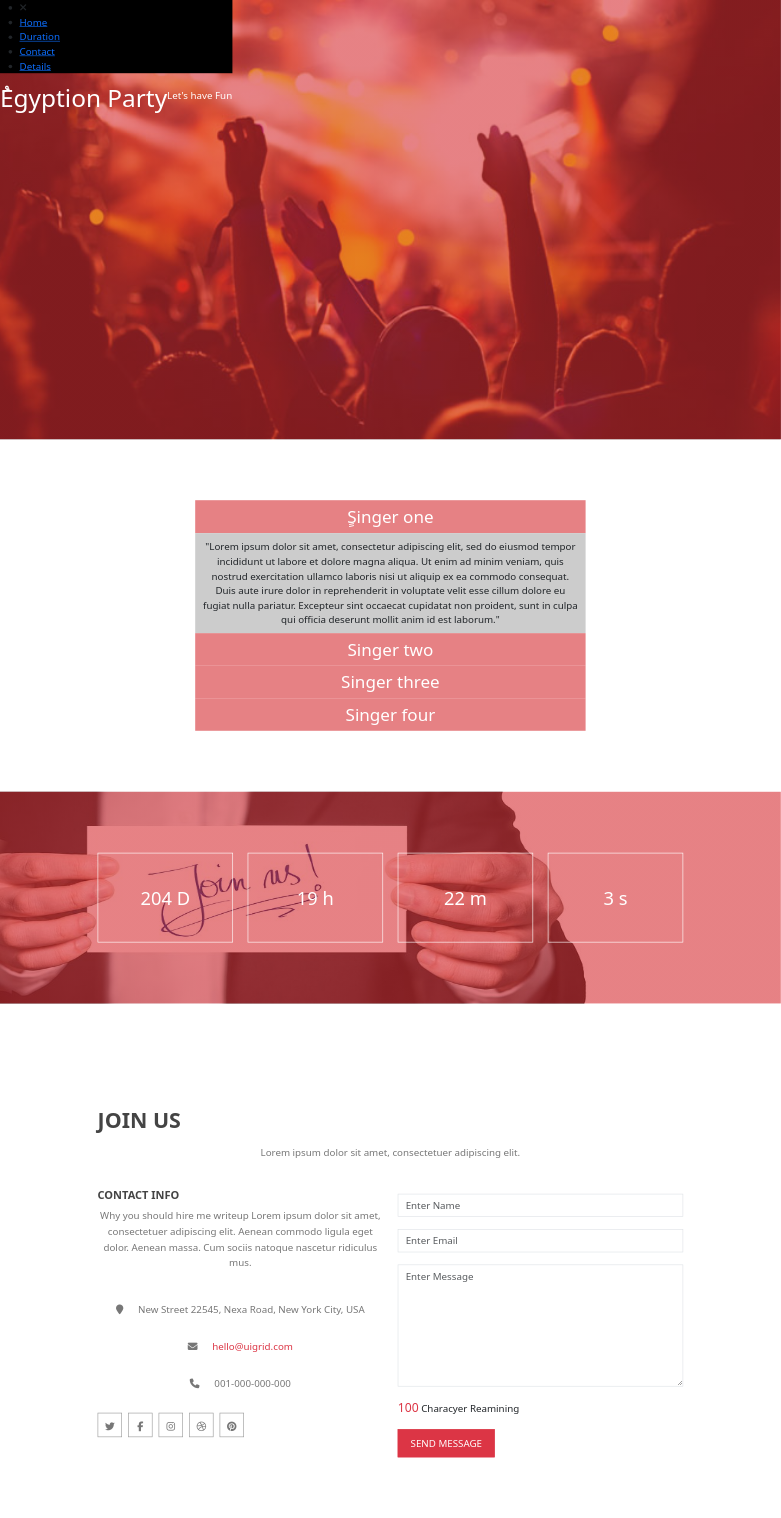
Repository: HagarYousry/jQuery
Page: index.html
These files come from the project's save history. The page is drawn as it stood at one moment and after the next save; the edit follows.
The browser window is 1280 px wide. The pictures show the whole page, at 61% of full size.

Above is the page before, as saved 2024-07-25 18:02:48.

After the next save:
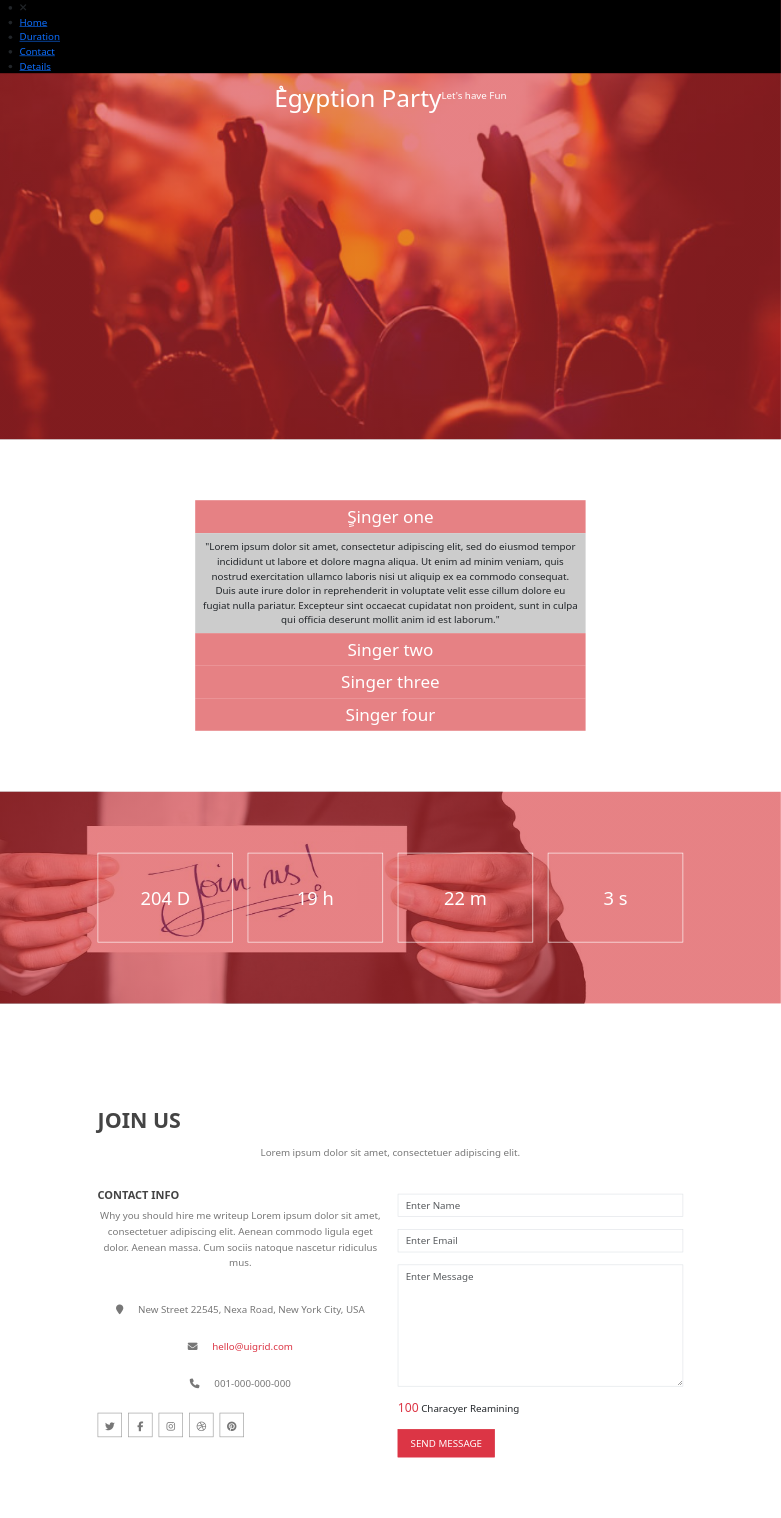
Saved 55 s later.
--- a/index.html
+++ b/index.html
@@ -15,7 +15,6 @@
 
 <body>
     <div id="home">
-        <div class="home-content">
 
             <div class="sideNav bg-black">
                 <ul>
